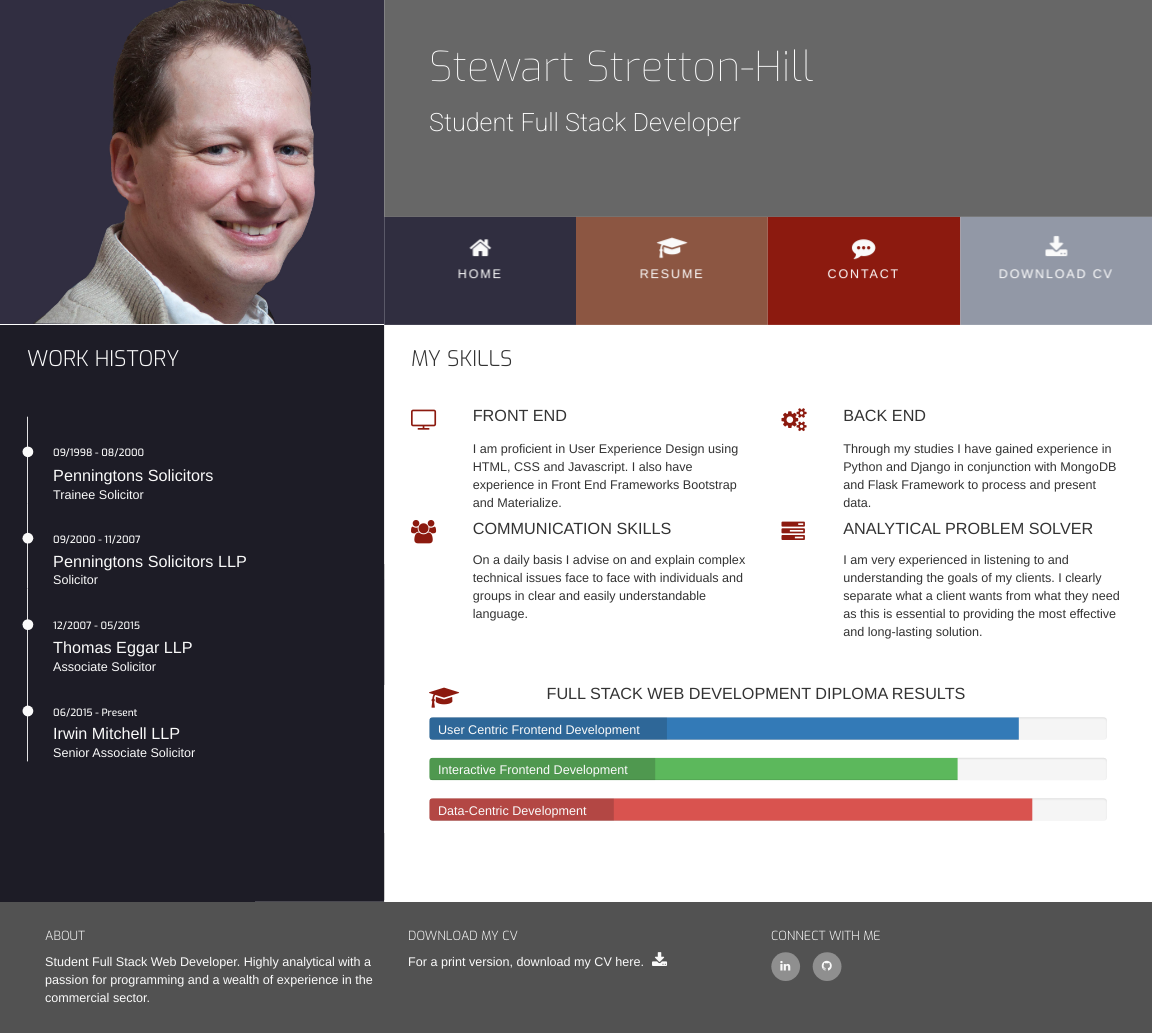
Repository: Shilldon/CV
Page: resume.html
The author's editor kept a record of every edit. The page is drawn from the files as they stood at one moment, then again after the next edit.
The browser window is 1280 px wide. The pictures show the whole page, at 90% of full size.

Above is the page before.

### resume.html
<!DOCTYPE html>
<html lang="en">

<head>
    <link rel="stylesheet" href="https://maxcdn.bootstrapcdn.com/bootstrap/3.3.7/css/bootstrap.min.css" type="text/css" />
    <link rel="stylesheet" href="https://stackpath.bootstrapcdn.com/font-awesome/4.7.0/css/font-awesome.min.css" type="text/css" />
    <link rel="stylesheet" href="https://cdnjs.cloudflare.com/ajax/libs/hover.css/2.3.1/css/hover-min.css" type="text/css" />
    <link rel="stylesheet" href="assets/css/style.css" type="text/css" />
    <meta name="viewport" content="width=device-width, initial-scale-1">
</head>

<body>
    <header class="container-fluid">
        <div class="row">
            <a href="index.html" alt="profile image">
                <div class="col-md-4 logo"></div>
            </a>
            <div class="col-md-8">
                <div class="row bg-color-name-title">
                    <div class="heading">
                        <h1 class="name">Stewart Stretton-Hill</h1>
                        <h2 class="title">Student Full Stack Developer</h2>
                    </div>
                </div>

                <div class="row">
                    <ul id="nav" class="list-inline clearfix">
                        <li class="col-xs-6 col-sm-3 ui-menu-color-home menuitem">
                            <a href="index.html" class="hvr-sweep-to-bottom"><i class="fa fa-home" aria-hidden="true"></i><span>Home</span></a>
                        </li>
                        <li class="col-xs-6 col-sm-3 ui-menu-color-resume menuitem">
                            <a href="resume.html" class="hvr-sweep-to-bottom"><i class="fa fa-graduation-cap" aria-hidden="true"></i><span>Resume</span></a>
                        </li>
                        <li class="col-xs-6 col-sm-3 ui-menu-color-contact menuitem">
                            <a href="contact.html" class="hvr-sweep-to-bottom"><i class="fa fa-commenting" aria-hidden="true"></i><span>Contact</span></a>
                        </li>
                        <li class="col-xs-6 col-sm-3 ui-menu-color-download menuitem">
                            <a href="assets/cv/sample-cv.pdf" target="_blank" class="hvr-sweep-to-bottom"><i class="fa fa-download" aria-hidden="true"></i><span>Download CV</span></a>
                        </li>
                    </ul>
                </div>
            </div>
        </div>
    </header>

    <section class="container-fluid">
        <div class="row row-table">
            <div class="col-xs-12 col-sm-12 col-md-4 bg-color-work-history section-column">
                <div class="row">
                    <div class="col-md-12">
                        <h3 class="history-heading uppercase">Work History</h3>
                    </div>
                </div>

                <div class="history-items">
                    <div class="timeline-item" dates="09/1998 - 08/2000">
                        <h4>Penningtons Solicitors</h4>
                        <p>Trainee Solicitor</p>
                    </div>
                    <div class="timeline-item" dates="09/2000 - 11/2007">
                        <h4>Penningtons Solicitors LLP</h4>
                        <p>Solicitor</p>
                    </div>
                    <div class="timeline-item" dates="12/2007 - 05/2015">
                        <h4>Thomas Eggar LLP</h4>
                        <p>Associate Solicitor</p>
                    </div>
                    <div class="timeline-item" dates="06/2015 - Present">
                        <h4>Irwin Mitchell LLP</h4>
                        <p>Senior Associate Solicitor</p>
                    </div>
                </div>

            </div>
            <div class="col-xs-12 col-sm-12 col-md-8 bg-color-three-reasons section-column">
                <div class="row">
                    <div class="col-md-12">
                        <h3 class="section-heading uppercase">My Skills</h3>
                    </div>
                </div>

                <div class="row">
                    <div class="col-xs-10 col-xs-offset-1 col-sm-offset-0 col-sm-4 col-md-6">
                        <div class="row">
                            <div class="col-xs-2 col-sm-2 col-md-2">
                                <i class="three-reasons-icon fa fa-tv" aria-hidden="true"></i>
                            </div>
                            <div class="col-xs-10 col-sm-10 ">
                                <h4 class="three-reasons-heading uppercase">Front End</h4>
                                <p>
                                    I am proficient in User Experience Design using HTML, CSS and Javascript. I also have experience in Front End Frameworks Bootstrap and Materialize.
                                </p>
                            </div>
                        </div>
                    </div>
                    <div class="col-xs-10 col-xs-offset-1 col-sm-offset-0 col-sm-4 col-md-6">
                        <div class="row">
                            <div class="col-xs-2 col-sm-2 col-md-2">
                                <i class="three-reasons-icon fa fa-gears" aria-hidden="true"></i>
                            </div>
                            <div class="col-xs-10 col-sm-10 ">
                                <h4 class="three-reasons-heading uppercase">Back End</h4>
                                <p>
                                    Through my studies I have gained experience in Python and Django in conjunction with MongoDB and Flask Framework to process and present data.</p>
                            </div>
                        </div>
                    </div>
                </div>
                <div class="row">
                    <div class="col-xs-10 col-xs-offset-1 col-sm-offset-0 col-sm-4 col-md-6">
                        <div class="row">
                            <div class="col-xs-2 col-sm-2 col-md-2">
                                <i class="three-reasons-icon fa fa-users" aria-hidden="true"></i>
                            </div>
                            <div class="col-xs-10 col-sm-10 ">
                                <h4 class="three-reasons-heading uppercase">Communication Skills</h4>
                                <p>
                                    On a daily basis I advise on and explain complex technical issues face to face with individuals and groups in clear and easily understandable language.
                                </p>
                            </div>
                        </div>
                    </div>
                    <div class="col-xs-10 col-xs-offset-1 col-sm-offset-0 col-sm-4 col-md-6">
                        <div class="row">
                            <div class="col-xs-2 col-sm-2 col-md-2">
                                <i class="three-reasons-icon fa fa-tasks" aria-hidden="true"></i>
                            </div>
                            <div class="col-xs-10 col-sm-10 ">
                                <h4 class="three-reasons-heading uppercase">Analytical Problem Solver</h4>
                                <p>
                                    I am very experienced in listening to and understanding the goals of my clients. I clearly separate what a client wants from what they need as this is essential to providing the most effective and long-lasting solution.
                                </p>
                            </div>
                        </div>
                    </div>
                </div>
                <div class="progress-section row">
                    <div class="row">
                        <div class="col-xs-2 col-sm-2 col-md-2">
                            <i class="three-reasons-icon fa fa-graduation-cap" aria-hidden="true"></i>
                        </div>
                        <div class="col-xs-10 col-sm-10">
                            <h4 class="three-reasons-heading uppercase">Full Stack Web Development Diploma Results</h4>
                        </div>
                    </div>

                    <div class="progress">
                        <div class="progress-bar" role="progressbar" aria-valuenow="90" aria-valuemin="0" aria-valuemax="100" style="width:87%">
                            <span class="sr-only"> 87% </span>
                            <!-- screen reader only - sr-only -->
                        </div>
                        <span class="progress-type">User Centric Frontend Development</span>
                    </div>
                    <div class="progress">
                        <div class="progress-bar progress-bar-success" role="progressbar" aria-valuenow="78" aria-valuemin="0" aria-valuemax="100" style="width:78%">
                            <span class="sr-only"> 78% </span>
                            <!-- screen reader only - sr-only -->
                        </div>
                        <span class="progress-type">Interactive Frontend Development</span>
                    </div>
                    <div class="progress">
                        <div class="progress-bar progress-bar-danger" role="progressbar" aria-valuenow="89" aria-valuemin="0" aria-valuemax="100" style="width:89%">
                            <span class="sr-only"> 89% </span>
                            <!-- screen reader only - sr-only -->
                        </div>
                        <span class="progress-type">Data-Centric Development</span>
                    </div>
                </div>
            </div>
        </div>
    </section>

    <footer class="container-fluid">
        <div id="footer-details" class="row">
            <div class="col-sm-4">
                <h5 class="uppercase general-sub">About</h5>
                <p class="inline-block">
                    Student Full Stack Web Developer. Highly analytical with a passion for programming and a wealth of experience in the commercial sector.
                </p>
            </div>
            <div class="col-sm-4">
                <h5 class="uppercase general-sub">Download My CV</h5>
                <p class="inline-block">
                    For a print version, download my CV here.
                    <a href="assets/cv/sample-cv.pdf" target="_blank" class="cv-pdf"><i class="fa fa-download" aria-hidden="true"></i></a>
                </p>
            </div>
            <div class="col-sm-4">
                <h5 class="uppercase general-sub">Connect with me</h5>
                <ul class="list-inline social-links">
                    <li><a target=".blank" href="https://www.linkedin.com/in/stewartstrettonhill/"><i class="fa fa-linkedin"></i></a></li>
                    <li><a target="_blank" href="https://github.com/Shilldon/"><i class="fa fa-github" aria-hidden="true"></i></i></a></li>
                </ul>
            </div>
        </div>

    </footer>
</body>

</html>

### assets/css/style.css
@import url('https://fonts.googleapis.com/css?family=Roboto:100,200,300,400,500,600,700|Exo:100,200,300,400,500,600,700');

/*-------------------------------------------Colors*/

.bg-color-name-title {
    background-color: #676767;
}

.bg-color-three-reasons {
    background-color: #ffffff;
}

.bg-color-personal-info {
    background-color: #f4f4f4;
}

.bg-color-work-history {
    background-color: rgb(29, 28, 38);
}

.bg-color-contact {
    background-color: #ffffff;
}

.ui-menu-color-home {
    background-color: #302E40;
}

.ui-menu-color-resume {
    background-color: #8C5642;
}

.ui-menu-color-contact {
    background-color: #8C1A0F;
}

.ui-menu-color-download {
    background-color: #9298A6;
}


/*-------------------------------------------Special Padding/Margins/Text*/

h1,
h2,
h3,
h4 {
    margin: 0;
}

.uppercase {
    text-transform: uppercase;
}

.general-sub {
    font-family: "Exo", sans-serif;
    font-weight: 300;
    color: #fafafa;
}

.inline-block {
    display: inline-block;
}

.row-table {
    display: table;
}

.history-heading,
.section-heading {
    font-family: "Exo", sans-serif;
    font-weight: 300;
    margin-top: 25px;
    margin-bottom: 40px;
}

/*-------------------------------------------Heading*/

header {
    margin: 0;
}

.heading {
    margin-left: 50px;
}

.logo {
    background: url("../images/headshot.jpg");
    background-position: center;
    background-repeat: no-repeat;
    background-size: cover;
    min-height: 360px;
    transition: all .5s ease-in-out;
    -moz-transition: all .5s ease-in-out;
    -webkit-transition: all .5s ease-in-out;
}

.name {
    font-family: "Exo", sans-serif;
    font-weight: 100;
    font-size: 46px;
    margin-top: 50px;
    color: #ffffff;
}

.title {
    font-family: "Roboto", sans-serif;
    font-weight: 200;
    font-size: 28px;
    margin-top: 20px;
    margin-bottom: 90px;
    color: #ffffff;
}

#nav {
    margin: 0;
}

#nav li {
    padding: 0;
}

.menuitem {
    height: 120px;
    text-align: center;
    padding: 0;
}

.menuitem a {
    width: 100%;
    text-decoration: none;
    color: #ffffff;
    height: 120px;
}

.menuitem a i {
    padding-top: 22px;
    display: block;
    color: #fafafa;
    font-size: 26px;
}

.menuitem span {
    display: block;
    width: 100%;
    padding-top: 5px;
    text-align: center;
    text-transform: uppercase;
    font-size: 14px;
    font-weight: 300;
    letter-spacing: 2px;
}

/*-------------------------------------------Hover.css*/

.hvr-sweep-to-bottom:before {
    background: rgba(0, 0, 0, 0.2);
    height: 120px;
}


/*-------------------------------------------Footer*/

footer {
    background-color: #525252;
    color: #fafafa;
    min-height: 120px;
    margin: 0;
}

footer .cv-pdf i {
    color: #fafafa;
    text-align: center;
    font-size: 18px;
    padding-left: 5px;
}

footer .cv-pdf i:hover {
    color: #e84610;
    transition: all 0.35s ease-in-out;
    -moz-transition: all 0.35s ease-in-out;
    -webkit-transition: all 0.35s ease-in-out;
    -o-transition: all 0.35s ease-in-out;
}

.social-links {
    padding-bottom: 15px;
}

.social-links li a i {
    width: 32px;
    height: 32px;
    padding: 12px 0;
    border-radius: 50%;
    font-size: 13px;
    line-height: 7px;
    text-align: center;
    color: #fafafa;
    background: #8f8f8f;
    transition: all 0.35s ease-in-out;
    -moz-transition: all 0.35s ease-in-out;
    -webkit-transition: all 0.35s ease-in-out;
    -o-transition: all 0.35s ease-in-out;

}

.social-links li a i:hover {
    background: #8C1A0F;

}

#footer-details {
    margin: 20px;
}


/*-------------------------------------------Three Reasons*/

.three-reasons-icon {
    font-size: 26px;
    color: #8C1A0F;

}

.three-reasons-heading {
    margin-bottom: 15px;

}


/*-------------------------------------------Personal Info*/

.personal-info-item {
    margin-bottom: 20px;
    display: block;
    clear: both;

}

.personal-info-item .key,
.personal-info-item .value {
    padding-right: 8px;
}

.personal-info-item .key p,
.personal-info-item .value p {
    margin: 0;
}

.personal-info-item .key {
    display: inline-block;
    width: 30%;
    margin-right: 21px;
    padding-top: 2px;
    vertical-align: top;
}

.personal-info-item .key p {
    font-weight: 700;
}

.personal-info-item .value {
    display: inline-block;
    position: relative;
    width: 60%;
}

/*-------------------------------------------Skills*/

.progress {
    position: relative;
    height: 25px;
}

.progress-type {
    position: absolute;
    /*so text will sit on the progress bar */
    left: 0px;
    font-weight: 400;
    padding: 3px 30px 2px 10px;
    color: #fafafa;
    background-color: rgba(25, 25, 25, 0.2);
}

.progress-section {
    margin: 40px 20px;
}

/*-------------------------------------------Work History*/

.timeline-item {
    padding: 4em 2em 0em 2em;
    position: relative;
    color: #fafafa;
    border-left: 1px solid;
}

.timeline-item p {
    padding: 0;
    margin: 0;

}



.timeline-item::before {
    /*before is a pseudo element */
    content: attr(dates);
    /*search for attribute called dates and display value assocaited with that dates key */
    /*content - i.e. put in whatever the value of content is */
    position: absolute;
    left: 2.5em;
    top: 3em;
    display: block;
    font-family: "Exo", sans-serif;
    font-weight: 500;
    font-size: 0.8em;
    padding: 0;
    margin: 0;

}

.timeline-item::after {
    width: 12px;
    height: 12px;
    display: block;
    top: 2.4em;
    position: absolute;
    left: -6px;
    border-radius: 12px;
    content: '';
    background: #fafafa;
}


.history-heading {
    color: #fafafa;
    margin-bottom: 50px;
}

.history-items {
    margin-bottom: 30px;
}

/*-------------------------------------------Contact*/

.contact-heading {
    font-family: "Exo", sans-serif;
    font-weight: 300;
    margin-top: 25px;
    margin-bottom: 20px;
}
/*
.center-form {
    padding-top: 10px;
    margin: 0 auto;
    max-width: 70%;
}

button[type="submit"] {
    margin-top: 15px;
    margin-bottom: 20px;
    background-color: #e84610;
    color: #fafafa;
}
*/
.contact-details {
    padding:40px;
}
.contact-details .row {
    padding:20px 20px;
}
/*-------------------------------------------Media Queries*/

@media(min-width: 992px) {
    .section-column {
        padding: 0 30px 30px;
        float: none;
        display: table-cell;
    }

    .center-form {
        padding-top: 30px;
        min-height: 240px;
        margin: 0 auto;
        max-width: 50%;
    }
}

After the next edit:
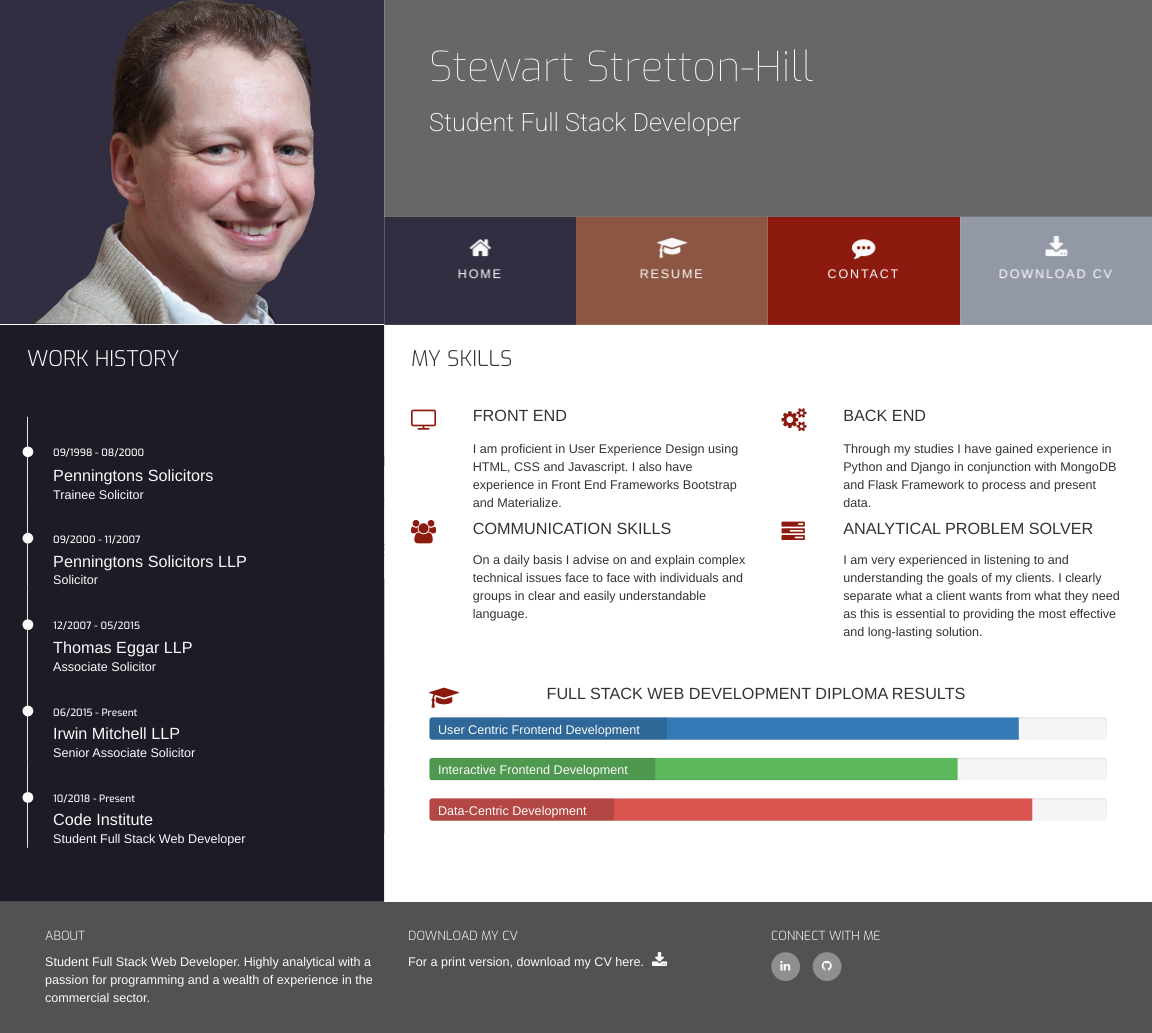
The edit:
--- a/resume.html
+++ b/resume.html
@@ -69,6 +69,10 @@
                         <h4>Irwin Mitchell LLP</h4>
                         <p>Senior Associate Solicitor</p>
                     </div>
+                    <div class="timeline-item" dates="10/2018 - Present">
+                        <h4>Code Institute</h4>
+                        <p>Student Full Stack Web Developer</p>
+                    </div>
                 </div>
 
             </div>
